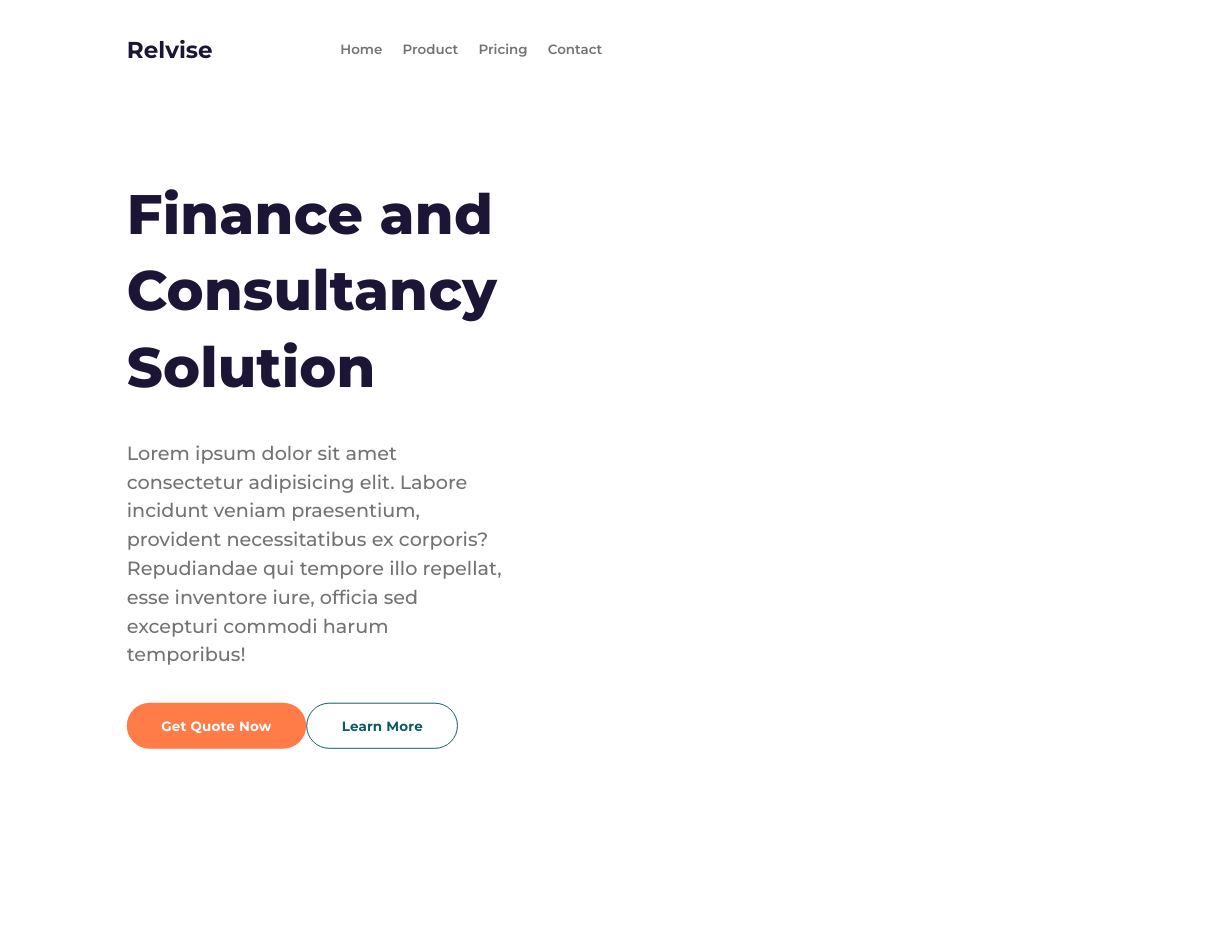
Repository: usalokiN/simple-project
Page: index.html
The author's editor kept a copy of each file at every save. The page is drawn from the files as they stood at one save, then again after the next save.
The browser window is 1280 px wide. The pictures show the whole page, at 96% of full size.

Above is the page before, as saved 2022-01-16 20:04:33.

After the next save:
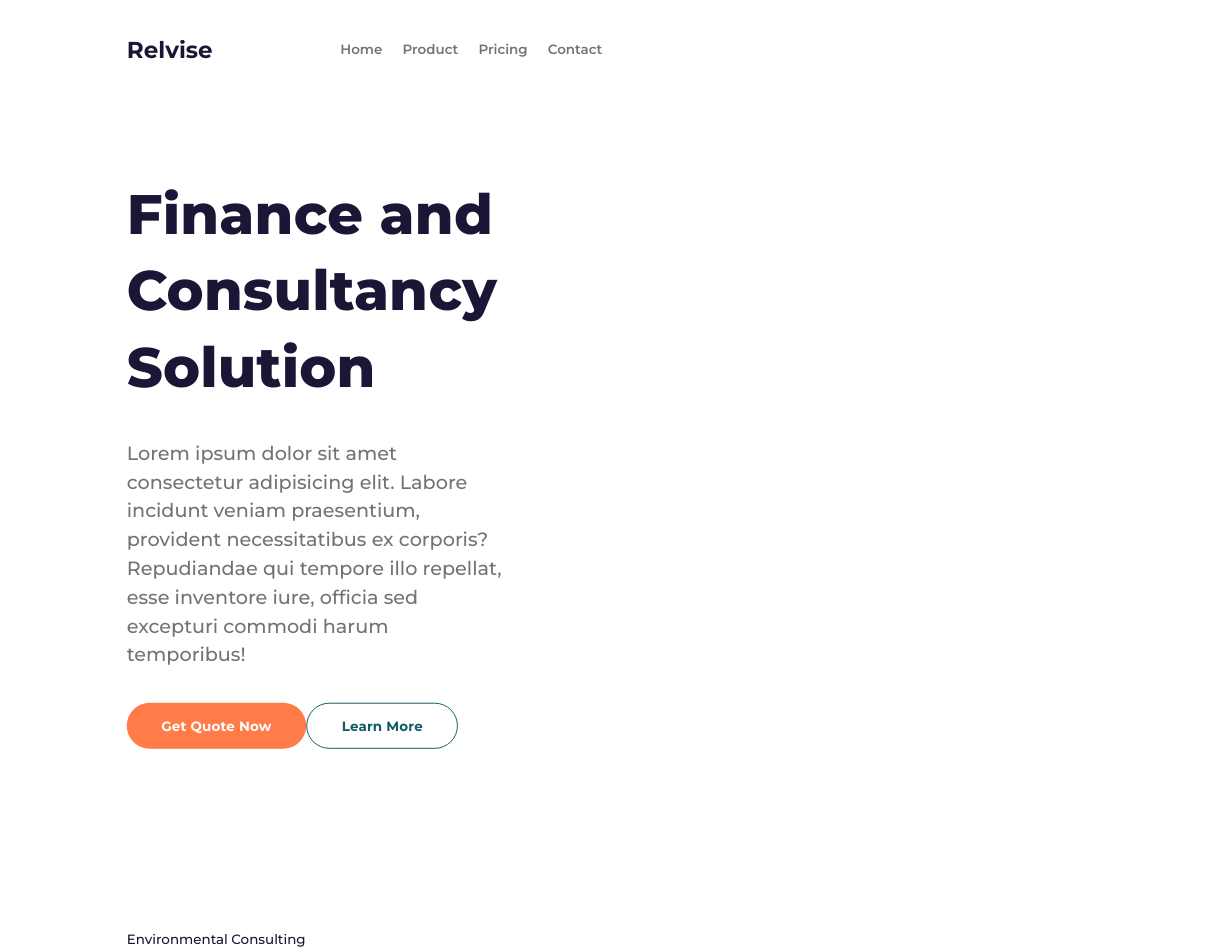
Saved 2 min 42 s later.
--- a/index.html
+++ b/index.html
@@ -64,9 +64,8 @@
                     <div class="services__column">
                         <div class="services__item item-service">
                             <div class="item-service__icon"></div>
-                            <div class="item-service__title"></div>
-                            <div class="item-service__text
-                            "></div>
+                            <div class="item-service__title">Environmental Consulting</div>
+                            <div class="item-service__text                         "></div>
 
                         </div>
                     </div>
